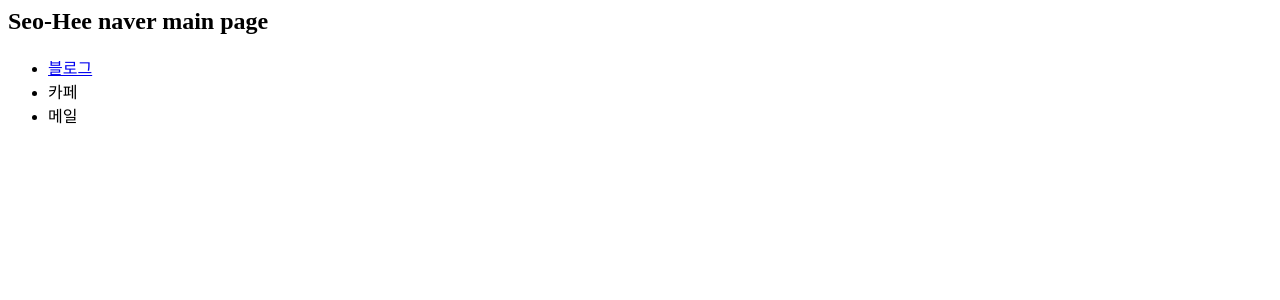
Repository: kimyukyeong1023/spring-class-content
Page: Day57_20260812_2/src/main/resources/static/index.html
An editor plug-in stored every save of this project. The page is shown before and after the next save, followed by the edit.
The browser window is 1280 px wide. The pictures show the whole page.

Above is the page before, as saved 2026-08-12 07:27:02.

After the next save:
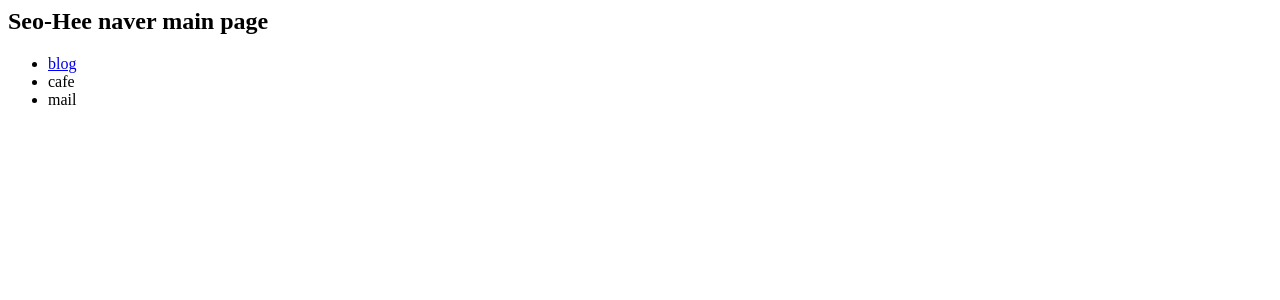
Saved 2 min 46 s later.
--- a/Day57_20260812_2/src/main/resources/static/index.html
+++ b/Day57_20260812_2/src/main/resources/static/index.html
@@ -5,9 +5,9 @@
 
 	<header>
 		<ul>
-			<li><a href="/blog">블로그</a></li>
-			<li>카페</li>
-			<li>메일</li>
+			<li><a href="/blog">blog</a></li>
+			<li>cafe</li>
+			<li>mail</li>
 		</ul>
 	</header>
 </body>
